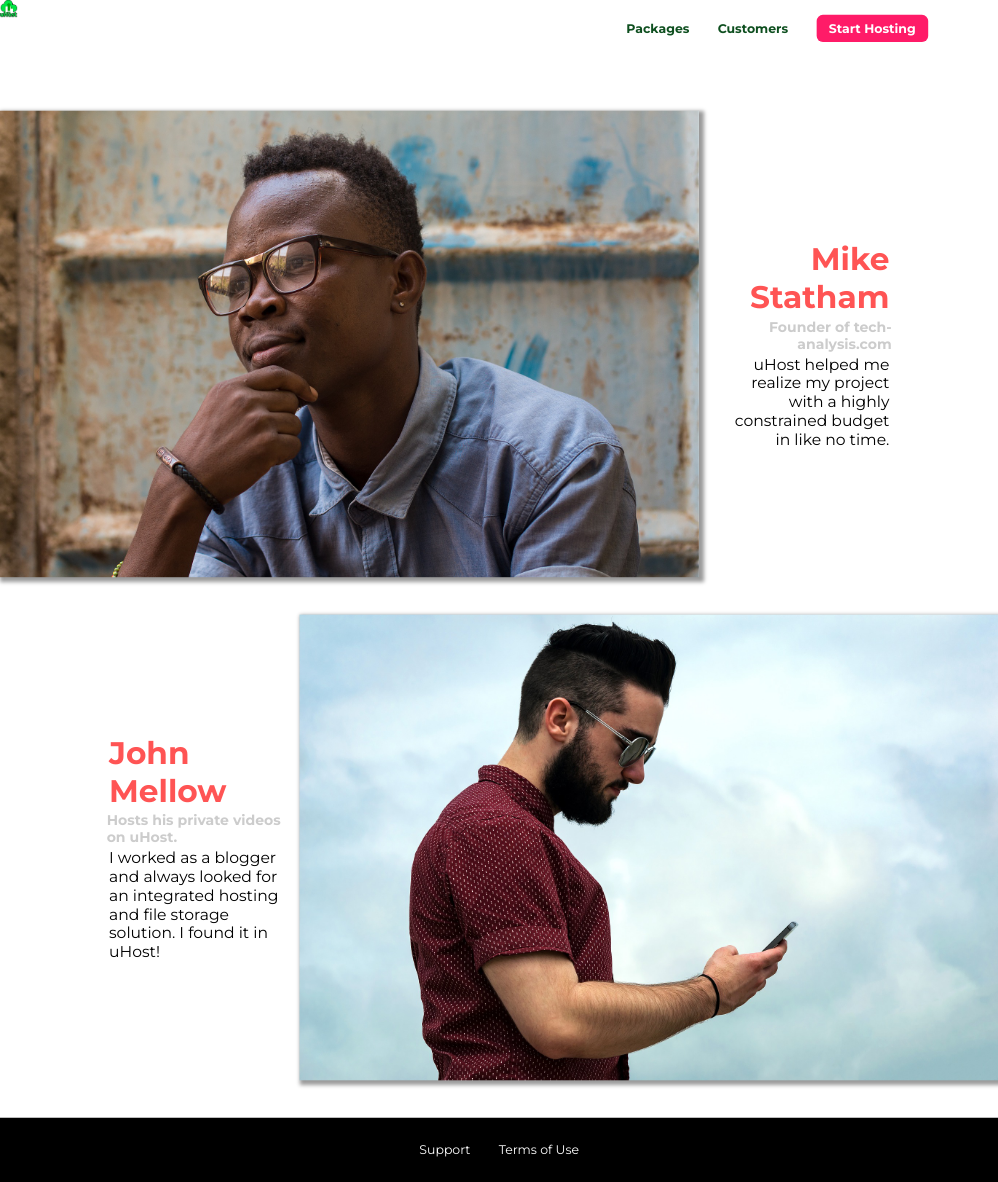
Repository: Nowacki97PL/UdemyCSS
Page: customers/index.html
These files come from the project's save history. The page is drawn as it stood at one moment and after the next save; the edit follows.
The browser window is 1280 px wide. The pictures show the whole page, at 78% of full size.

Above is the page before, as saved 2023-11-18 14:05:00.

### customers/index.html
<!DOCTYPE html>
<html lang="en">

<head>
    <meta charset="UTF-8">
    <meta name="viewport" content="width=device-width, initial-scale=1.0">
    <meta http-equiv="X-UA-Compatible" content="ie=edge">
    <title>uHost Customers</title>
    <link rel="shortcut icon" href="../images/favicon.png">
    <link href="https://fonts.googleapis.com/css?family=Anton|Montserrat:400,700" rel="stylesheet">
    <link rel="stylesheet" href="customers.css">
    <link rel="stylesheet" href="../shared.css">
    <link rel="stylesheet" href="../main.css">
</head>

<body>
    <div class="backdrop"
    <header class="main-header">
        <div>
            <a href="../index.html" class="main-header__brand">
                <img src="../images/uhost-icon.png" alt="logo">
            </a>
        </div>
        <nav class="main-nav">
            <ul class="main-nav__items">
                <li class="main-nav__item">
                    <a href="packages/index.html">Packages</a>
                </li>
                <li class="main-nav__item">
                    <a href="customers/index.html">Customers</a>
                </li>
                <li class="main-nav__item main-nav__item--cta">
                    <a href="start-hosting/index.html">Start Hosting</a>
                </li>
            </ul>
        </nav>
    </header>

    <main>
        <div>
            <div class="testimonial" id="customer-1">
                <div class="testimonial__image-container">
                    <img src="../images/customer-1.jpg" alt="Mike Statham - Customer" class="testimonial__image">
                </div>
                <div class="testimonial__info">
                    <h1 class="testimonial__name">Mike Statham</h1>
                    <h2 class="testimonial__subtitle">Founder of
                        <a href="tech-analysis.com">tech-analysis.com</a>
                    </h2>
                    <p class="testimonial__text">uHost helped me realize my project with a highly constrained budget in like no time.</p>
                </div>
            </div>
            <div class="testimonial" id="customer-2">

                <div class="testimonial__info">
                    <h1 class="testimonial__name">John Mellow</h1>
                    <h2 class="testimonial__subtitle">Hosts his private videos on uHost.
                    </h2>
                    <p class="testimonial__text">I worked as a blogger and always looked for an integrated hosting and file storage solution. I found
                        it in uHost!
                    </p>
                </div>
                <div class="testimonial__image-container">
                    <img src="../images/customer-2.jpg" alt="John Mellow - Customer" class="testimonial__image">
                </div>
            </div>
        </div>
    </main>
    <footer class="main-footer">
        <nav>
            <ul class="main-footer__links">
                <li class="main-footer__link">
                    <a href="#">Support</a>
                </li>
                <li class="main-footer__link">
                    <a href="#">Terms of Use</a>
                </li>
            </ul>
        </nav>
    </footer>
</body>

</html>

### customers/customers.css
.testimonial {
    font-size: 20px;
    margin: 48px 0;
  }

  .testimonial__list {
    width: 80%;
    margin: auto;
  }

  .testimonial:first-of-type {
    margin-top: 96px;
  }

  .testimonial__image-container {
    width: 70%;
    display: inline-block;
    vertical-align: middle;
    box-shadow: 3px 3px 5px 3px rgba(0, 0,  0, 0.4);
  }

  .testimonial__image {
    width: 100%;
    vertical-align: top;
  }

  .testimonial__info {
    text-align: right;
    padding: 14px;
    display: inline-block;
    vertical-align: middle;
    width: 20%;
  }

  #customer-2.testimonial {
    text-align: right;
  }

  #customer-2 .testimonial__info {
    text-align: left;
  }

  .testimonial__name {
    margin: 3px;
    color: #ff5454;
  }

  .testimonial__subtitle {
    margin: 0;
    font-size: 18px;
    color: #ccc;
  }

  .testimonial__subtitle a {
    color: inherit;
    text-decoration: none;
  }

  .testimonial__subtitle a:hover,
  .testimonial__subtitle a:active {
    color: #7a7a7a;
  }

  .testimonial__text {
    margin: 3px;
  }

### shared.css
* {
    box-sizing: border-box;
}

body {
    font-family: 'Montserrat', sans-serif;
    margin: 0;
}

.main-header {
    width: 100%;
    position: fixed;
    top: 0;
    left: 0;
    background: #2ddf5c;
    padding: 8px 16px;
    z-index: 1;
}

.main-header > div {
    display: inline-block;
    vertical-align: middle;
}

.main-header__brand {
    color: #0e4f1f;
    text-decoration: none;
    font-weight: bold;
    font-size: 22px;
    display: inline-block;
    height: 22px;
}

.main-header__brand img {
    height: 22px;
}

.main-nav {
    display: inline-block;
    text-align: right;
    width: calc(100% - 74px);
    vertical-align: middle;
}

.main-nav__items {
    margin: 0;
    padding: 0;
    list-style: none;
}

.main-nav__item {
    display: inline-block;
    margin: 0 16px;
}

.main-nav__item a {
    text-decoration: none;
    color: #0e4f1f;
    font-weight: bold;
    padding: 3px 0;
}

.main-nav__item a:hover,
.main-nav__item a:active {
    color: white;
    border-bottom: 5px solid white;
}

.main-nav__item--cta a {
    color: white;
    background: #ff1b68;
    padding: 8px 16px;
    border-radius: 8px;
}

.main-nav__item--cta a:hover,
.main-nav__item--cta a:active {
    color: #ff1b68;
    background: white;
    border: none;
}

.main-footer {
    background: black;
    padding: 32px;
    margin-top: 48px;
}

.main-footer__links {
    list-style: none;
    margin: 0;
    padding: 0;
    text-align: center;
}

.main-footer__link {
    display: inline-block;
    margin: 0 16px;
}

.main-footer__link a {
    color: white;
    text-decoration: none;
}

.main-footer__link a:hover,
.main-footer__link a:active {
    color: #ccc;
}

.button {
    background: #0e4f1f;
    color: white;
    font: inherit;
    border: 1.5px solid #0e4f1f;
    padding: 8px;
    border-radius: 8px;
    font-weight: bold;
    cursor: pointer;
}

.button:hover,
.button:active {
    background: white;
    color: #0e4f1f;
}

.button:focus {
    outline: none;
}

### main.css


#product-overview {
    background: url("images/freedom.jpg") left 10% bottom 80%/cover no-repeat border-box;
    width: 100%;
    height: 528px;
    padding: 10px;
    position: relative;
}

.section-title {
    color: #2ddf5c;
    text-align: center;
}

#product-overview h1 {
    color: white;
    font-family: 'Anton', sans-serif;
    position: absolute;
    bottom: 5%;
    left: 3%;
}

.plan__list {
    width: 80%;
    margin: auto;
    text-align: center;
}

.plan {
    background: #d5ffdc;
    text-align: center;
    padding: 16px;
    margin: 8px;
    display: inline-block;
    width: 30%;
    vertical-align: middle;
    border-radius: 10px;
}

.plan--highlighted {
    border-radius: 10px;
    background: #19b84c;
    color: white;
    box-shadow: 3px 3px 5px 3px rgba(0, 0, 0, 0.5);
}

.plan__annotation {
    background: white;
    color: #19b84c;
    padding: 8px;
    box-shadow: 2px 2px 2px 2px rgba(0, 0, 0, 0.5);
    border-radius: 8px;
}

.plan__title {
    color: #0e4f1f;
}

.plan__price {
    color: #858585;
}

.plan--highlighted .plan__title {
    color: white;
}

.plan--highlighted .plan__price {
    color: #0e4f1f;
}

.plan__features {
    list-style: none;
    margin: 0;
    padding: 0;
}

.plan__feature {
    margin: 8px 0;
}

#key-features {
    background: #ff1b68;
    margin-top: 80px;
    padding: 16px;
}

#key-features .section-title {
    color: white;
    margin: 32px;
}

.key-feature__list {
    list-style: none;
    margin: 0;
    padding: 0;
    text-align: center;
}

.key-feature {
    display: inline-block;
    width: 30%;
    vertical-align: top;
}

.key-feature__image {
    background: #ffcede;
    width: 128px;
    height: 128px;
    border: 2px solid #424242;
    border-radius: 50%;
    margin: auto;
    padding: 20px;
}

.key-feature__description {
    text-align: center;
    font-weight: bold;
    color: white;
    font-size: 20px;
}

/* h1 {
    font-family: sans-serif;
} */

After the next save:
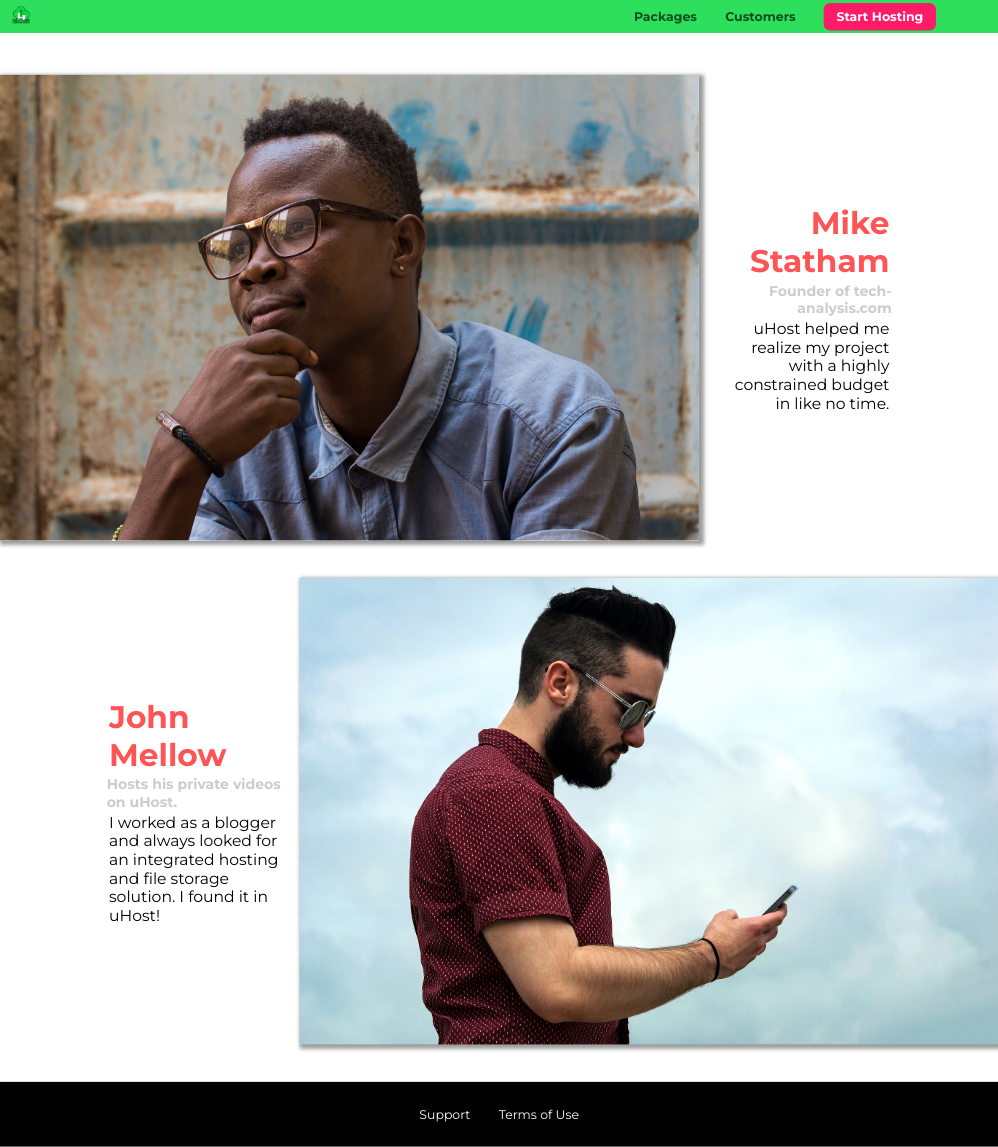
Saved 4 s later.
--- a/customers/index.html
+++ b/customers/index.html
@@ -14,7 +14,7 @@
 </head>
 
 <body>
-    <div class="backdrop"
+    <div class="backdrop"></div>
     <header class="main-header">
         <div>
             <a href="../index.html" class="main-header__brand">
